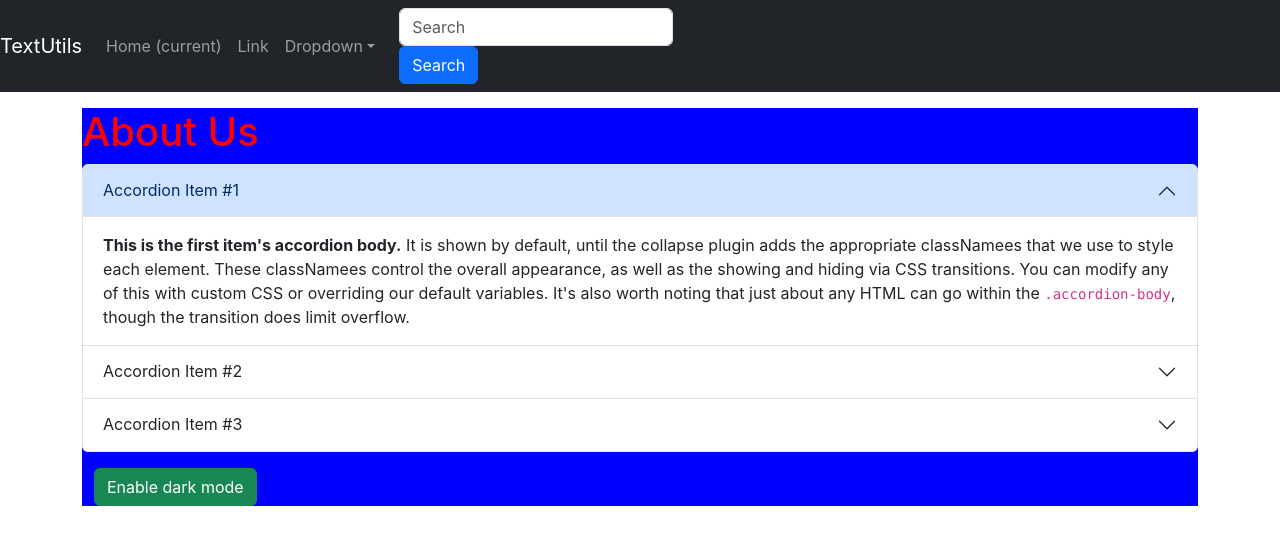
Repository: Aastha1035/React.navbar
Page: /
The author's editor kept a copy of each file at every save. The page is drawn from the files as they stood at one save, then again after the next save.
The browser window is 1280 px wide. The pictures show the whole page.
The project was rebuilt for these pictures with package versions that can differ from the ones it lists, and the page was loaded fresh each time. Also part of the build but not shown: src/App.css.

Above is the page before, as saved 2024-07-17 17:29:54.

After the next save:
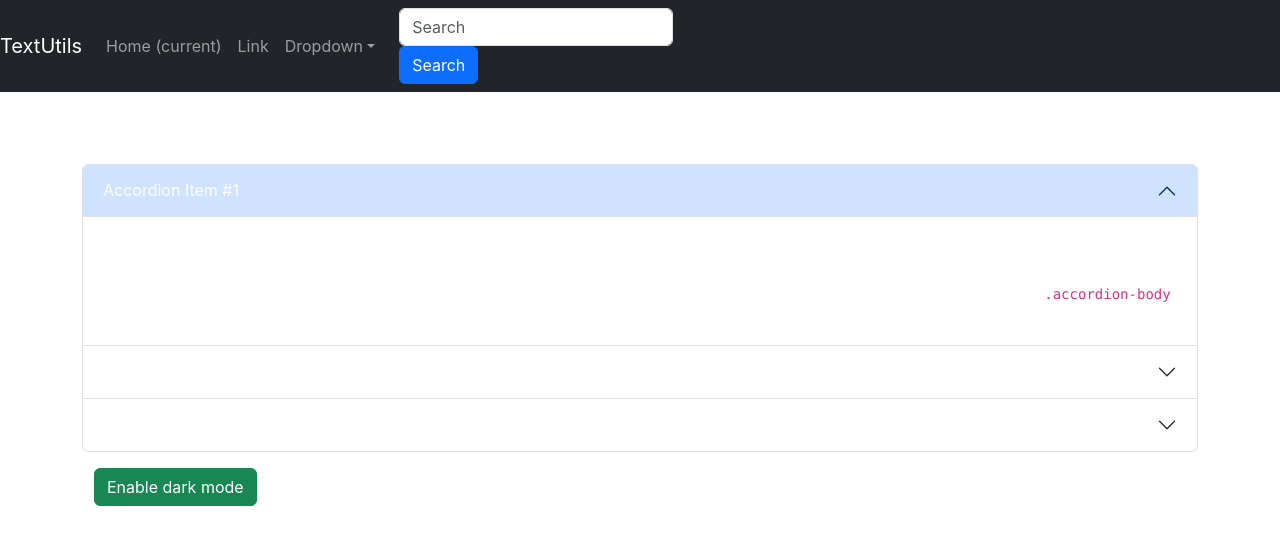
Saved 7 min 53 s later.
--- a/src/components/About.js
+++ b/src/components/About.js
@@ -1,31 +1,29 @@
-import React from 'react'
+import React, {useState} from 'react'
 
 export default function About() {
-    let myStyle={
-        color: 'red',
-        backgroundColor: 'blue'
-
-
-    }
+    const [myStyle, setMyStyle] = useState({
+        color: "white",
+        backgroundColor: "color"
+    })
   return (
     <div classNameName='container' style={myStyle}>
             <h1>About Us</h1>
         <div className="accordion" id="accordionExample" style={myStyle}>
     <div className="accordion-item">
         <h2 className="accordion-header" id="headingOne">
-        <button className="accordion-button" type="button" data-bs-toggle="collapse" data-bs-target="#collapseOne" aria-expanded="true" aria-controls="collapseOne">
+        <button className="accordion-button" type="button" data-bs-toggle="collapse" data-bs-target="#collapseOne" aria-expanded="true" aria-controls="collapseOne" style={myStyle}>
             Accordion Item #1
         </button>
         </h2>
         <div id="collapseOne" className="accordion-collapse collapse show" aria-labelledby="headingOne" data-bs-parent="#accordionExample">
-        <div className="accordion-body">
+        <div className="accordion-body" style={myStyle}>
             <strong>This is the first item's accordion body.</strong> It is shown by default, until the collapse plugin adds the appropriate classNamees that we use to style each element. These classNamees control the overall appearance, as well as the showing and hiding via CSS transitions. You can modify any of this with custom CSS or overriding our default variables. It's also worth noting that just about any HTML can go within the <code>.accordion-body</code>, though the transition does limit overflow.
         </div>
         </div>
     </div>
     <div className="accordion-item">
         <h2 className="accordion-header" id="headingTwo">
-        <button className="accordion-button collapsed" type="button" data-bs-toggle="collapse" data-bs-target="#collapseTwo" aria-expanded="false" aria-controls="collapseTwo">
+        <button className="accordion-button collapsed" type="button" data-bs-toggle="collapse" data-bs-target="#collapseTwo" aria-expanded="false" aria-controls="collapseTwo" style={myStyle}>
             Accordion Item #2
         </button>
         </h2>
@@ -37,19 +35,19 @@ export default function About() {
     </div>
     <div className="accordion-item">
         <h2 className="accordion-header" id="headingThree">
-        <button className="accordion-button collapsed" type="button" data-bs-toggle="collapse" data-bs-target="#collapseThree" aria-expanded="false" aria-controls="collapseThree">
+        <button className="accordion-button collapsed" type="button" data-bs-toggle="collapse" data-bs-target="#collapseThree" aria-expanded="false" aria-controls="collapseThree" style={myStyle}>
             Accordion Item #3
         </button>
         </h2>
         <div id="collapseThree" className="accordion-collapse collapse" aria-labelledby="headingThree" data-bs-parent="#accordionExample">
-        <div className="accordion-body">
+        <div className="accordion-body" style={myStyle}>
             <strong>This is the third item's accordion body.</strong> It is hidden by default, until the collapse plugin adds the appropriate classNamees that we use to style each element. These classNamees control the overall appearance, as well as the showing and hiding via CSS transitions. You can modify any of this with custom CSS or overriding our default variables. It's also worth noting that just about any HTML can go within the <code>.accordion-body</code>, though the transition does limit overflow.
         </div>
         </div>
     </div>
 </div>
     <div className="container my-3">
-        <button type="button" className="btn btn-success">Enable dark mode</button>
+        <button type="button" className="btn btn-success" style={myStyle}>Enable dark mode</button>
     </div>
     </div>
   )
